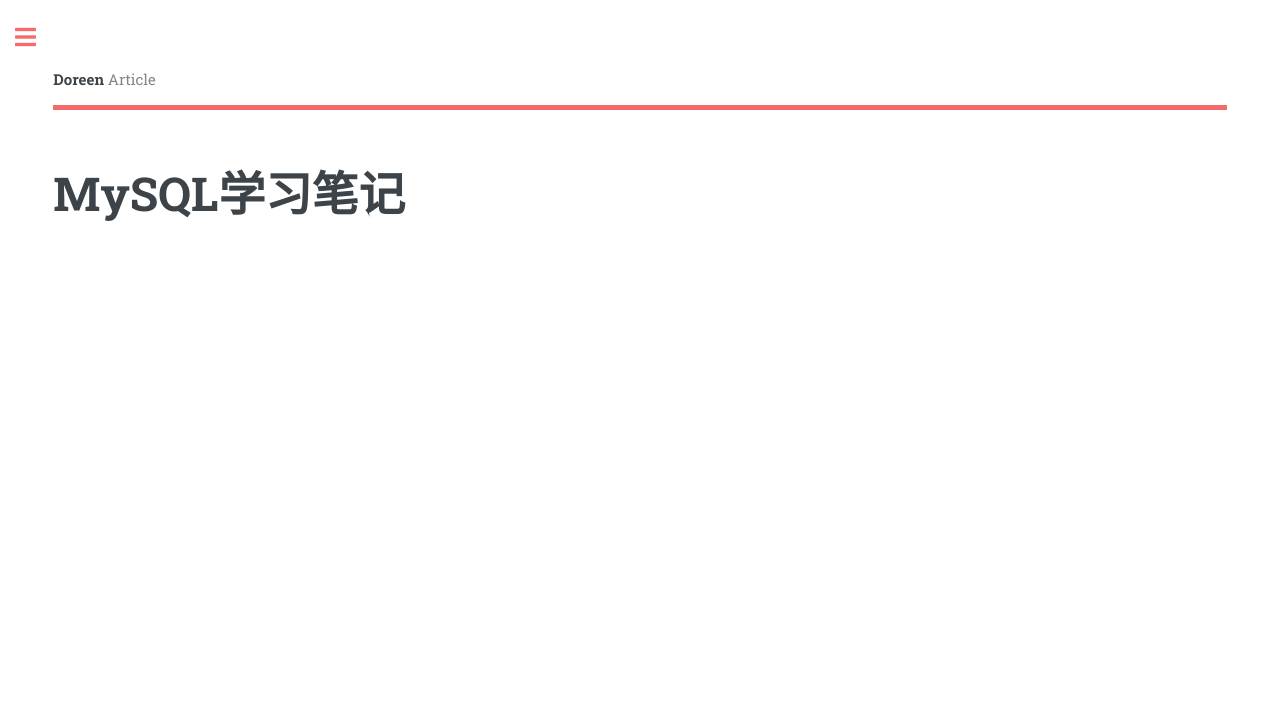
Repository: Hpz3859/Hpz3859.github.io
Page: mysql.html
These files come from the project's save history. The page is drawn as it stood at one moment and after the next save; the edit follows.
The browser window is 1280 px wide. The pictures show the whole page.

Above is the page before, as saved 2025-03-19 13:52:09.

After the next save:
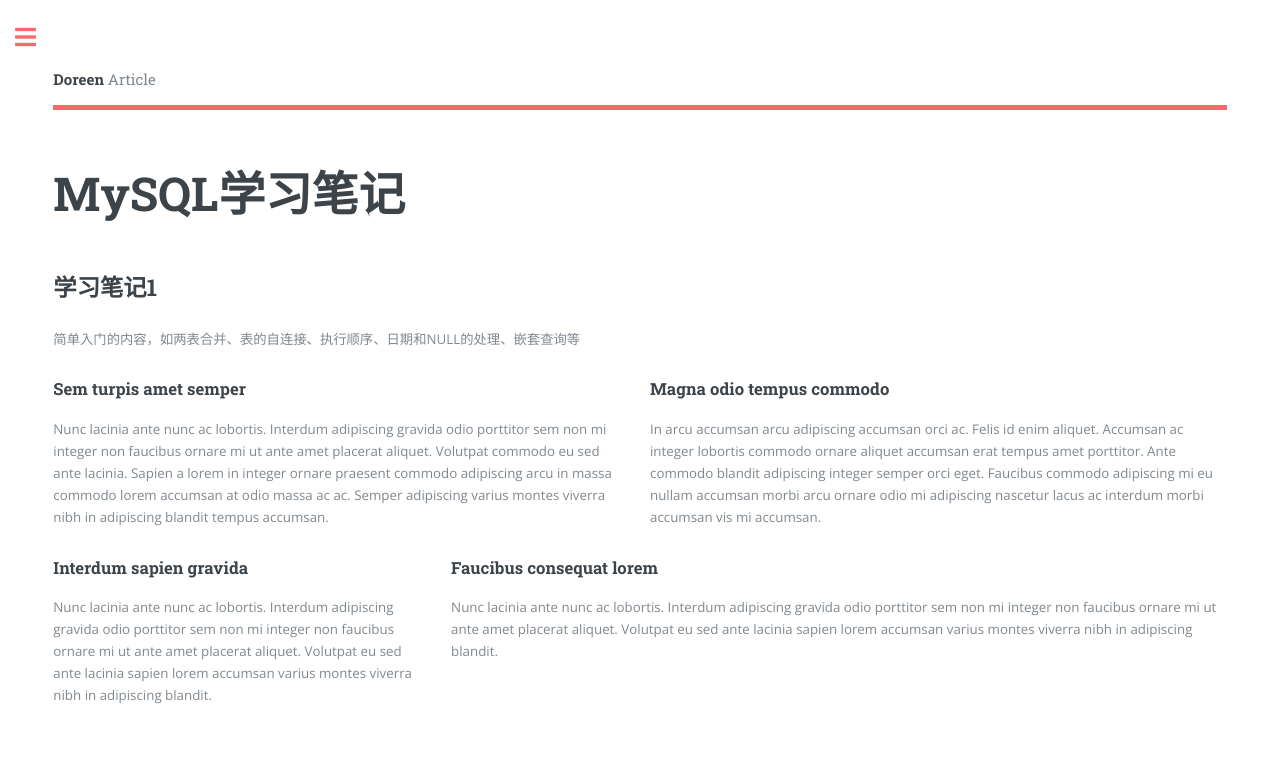
Saved 7 min 27 s later.
--- a/mysql.html
+++ b/mysql.html
@@ -39,7 +39,27 @@
 									<header class="main">
 										<h1>MySQL学习笔记</h1>
 									</header>
-
+										<!-- Content -->
+										<h2 id="content">学习笔记1</h2>
+										<p>简单入门的内容，如两表合并、表的自连接、执行顺序、日期和NULL的处理、嵌套查询等</p>
+										<div class="row">
+											<div class="col-6 col-12-small">
+												<h3>Sem turpis amet semper</h3>
+												<p>Nunc lacinia ante nunc ac lobortis. Interdum adipiscing gravida odio porttitor sem non mi integer non faucibus ornare mi ut ante amet placerat aliquet. Volutpat commodo eu sed ante lacinia. Sapien a lorem in integer ornare praesent commodo adipiscing arcu in massa commodo lorem accumsan at odio massa ac ac. Semper adipiscing varius montes viverra nibh in adipiscing blandit tempus accumsan.</p>
+											</div>
+											<div class="col-6 col-12-small">
+												<h3>Magna odio tempus commodo</h3>
+												<p>In arcu accumsan arcu adipiscing accumsan orci ac. Felis id enim aliquet. Accumsan ac integer lobortis commodo ornare aliquet accumsan erat tempus amet porttitor. Ante commodo blandit adipiscing integer semper orci eget. Faucibus commodo adipiscing mi eu nullam accumsan morbi arcu ornare odio mi adipiscing nascetur lacus ac interdum morbi accumsan vis mi accumsan.</p>
+											</div>
+											<!-- Break -->
+											<div class="col-4 col-12-medium">
+												<h3>Interdum sapien gravida</h3>
+												<p>Nunc lacinia ante nunc ac lobortis. Interdum adipiscing gravida odio porttitor sem non mi integer non faucibus ornare mi ut ante amet placerat aliquet. Volutpat eu sed ante lacinia sapien lorem accumsan varius montes viverra nibh in adipiscing blandit.</p>
+											</div>
+											<div class="col-8 col-12-medium">
+												<h3>Faucibus consequat lorem</h3>
+												<p>Nunc lacinia ante nunc ac lobortis. Interdum adipiscing gravida odio porttitor sem non mi integer non faucibus ornare mi ut ante amet placerat aliquet. Volutpat eu sed ante lacinia sapien lorem accumsan varius montes viverra nibh in adipiscing blandit.</p>
+											</div>
 
 								</section>
 
